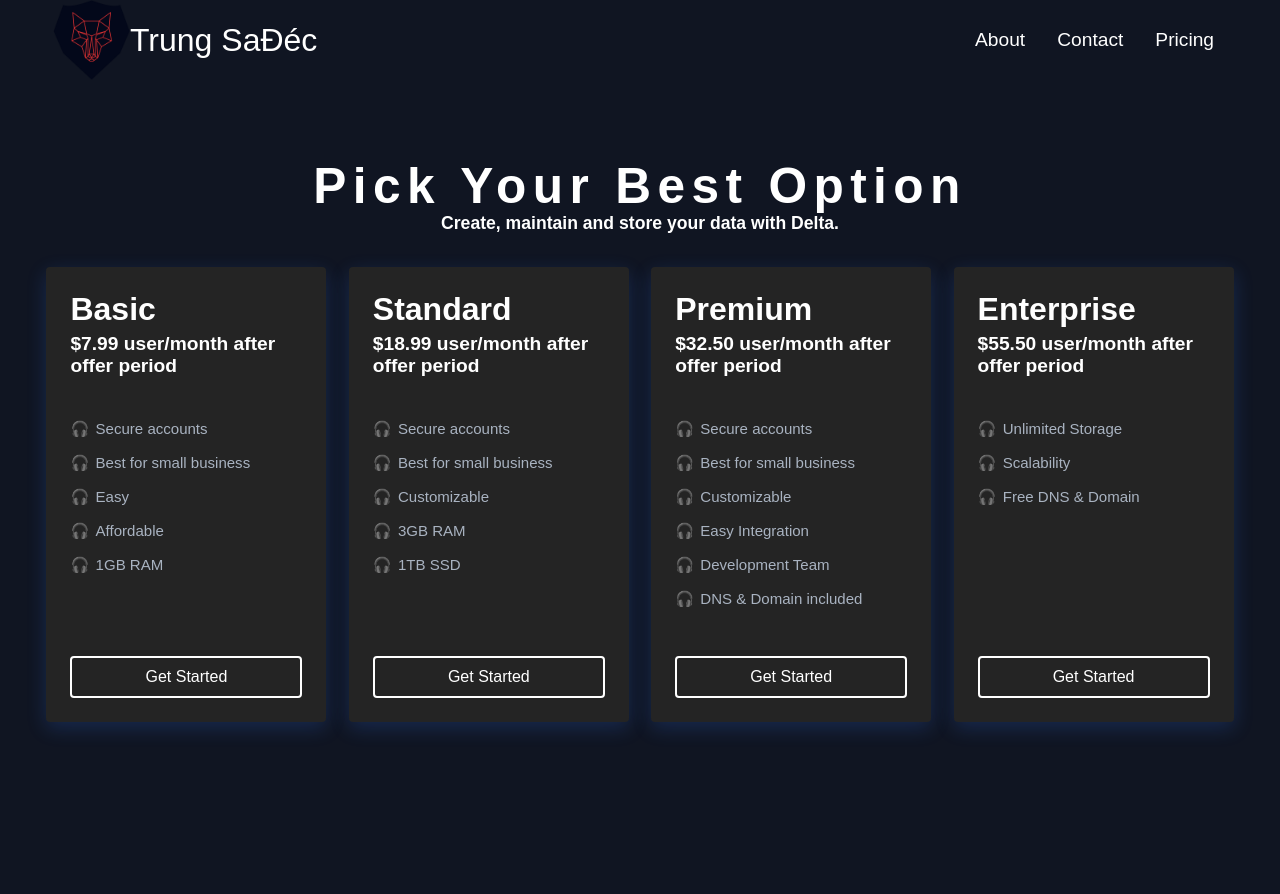
Repository: fdhhhdjd/Profile-Gift-B_H_Q_Trung
Page: /pricing
An editor plug-in stored every save of this project. The page is shown before and after the next save, followed by the edit.
The browser window is 1280 px wide. The pictures show the whole page.
The project was rebuilt for these pictures with package versions that can differ from the ones it lists, and the page was loaded fresh each time. Also part of the build but not shown: src/App.css, src/Pages/Home.js, src/Styles/HeroStyles.js, src/Components/Hero.js. Imported but missing from the stored project, and not drawn on this page: src/Pages/SignUpPage.

Above is the page before, as saved 2021-10-28 16:49:19.

After the next save:
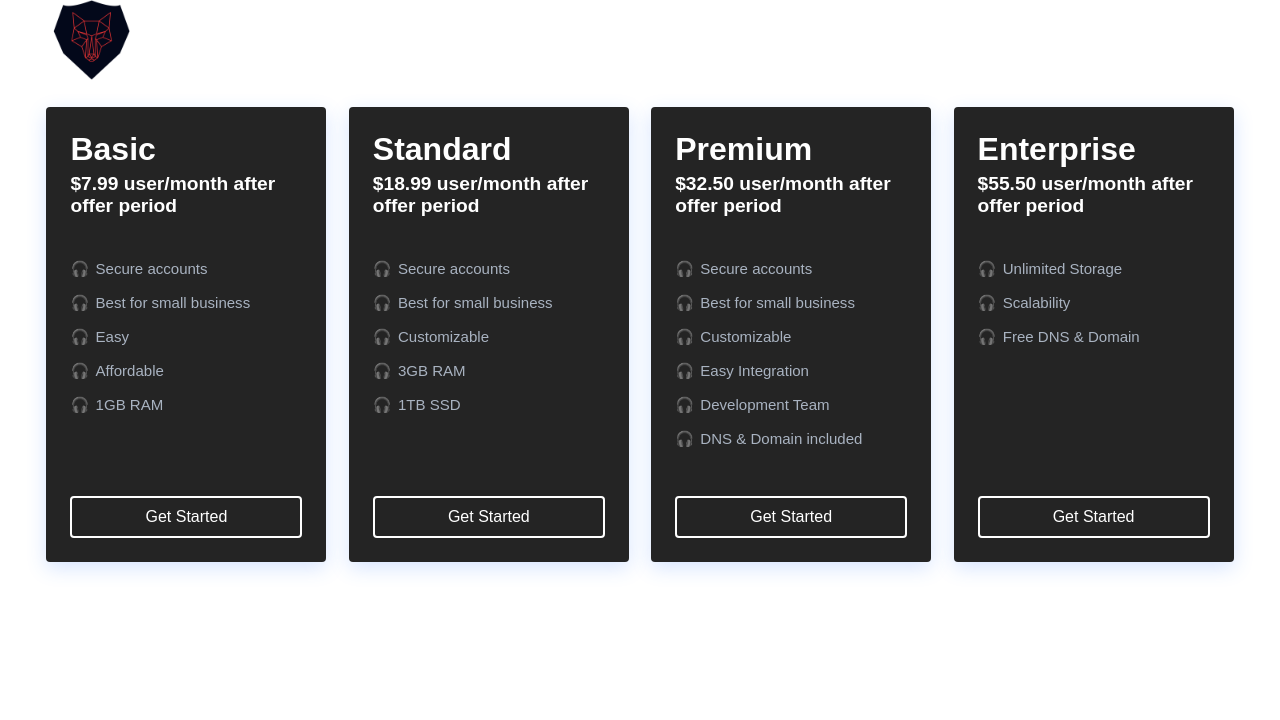
Saved 16 s later.
--- a/src/Pages/PricingPage.js
+++ b/src/Pages/PricingPage.js
@@ -18,40 +18,40 @@
   return (
     <>
       <IconContext.Provider value={{ color: "#a9b3c1", size: "1rem" }}>
-        <PricingSection id="pricing">
-          <PricingWrapper>
-            <Heading>Pick Your Best Option</Heading>
+        {/* <PricingSection id="pricing"> */}
+        <PricingWrapper>
+          <Heading>Pick Your Best Option</Heading>
 
-            <TextWrapper
-              mb="1.4rem"
-              weight="600"
-              size="1.1rem"
-              color="white"
-              align="center"
-            >
-              Create, maintain and store your data with Delta.
-            </TextWrapper>
-            <PricingContainer>
-              {pricingData.map((card, index) => (
-                <PricingCard key={index}>
-                  <PricingCardInfo>
-                    <PricingCardPlan>{card.title}</PricingCardPlan>
-                    <PricingCardCost>{card.price}</PricingCardCost>
-                    <PricingCardText>{card.description}</PricingCardText>
-                    <PricingCardFeatures>
-                      {card.features.map((feature, index) => (
-                        <PricingCardFeature key={index}>
-                          {feature}
-                        </PricingCardFeature>
-                      ))}
-                    </PricingCardFeatures>
-                    <Button>Get Started</Button>
-                  </PricingCardInfo>
-                </PricingCard>
-              ))}
-            </PricingContainer>
-          </PricingWrapper>
-        </PricingSection>
+          <TextWrapper
+            mb="1.4rem"
+            weight="600"
+            size="1.1rem"
+            color="white"
+            align="center"
+          >
+            Create, maintain and store your data with Delta.
+          </TextWrapper>
+          <PricingContainer>
+            {pricingData.map((card, index) => (
+              <PricingCard key={index}>
+                <PricingCardInfo>
+                  <PricingCardPlan>{card.title}</PricingCardPlan>
+                  <PricingCardCost>{card.price}</PricingCardCost>
+                  <PricingCardText>{card.description}</PricingCardText>
+                  <PricingCardFeatures>
+                    {card.features.map((feature, index) => (
+                      <PricingCardFeature key={index}>
+                        {feature}
+                      </PricingCardFeature>
+                    ))}
+                  </PricingCardFeatures>
+                  <Button>Get Started</Button>
+                </PricingCardInfo>
+              </PricingCard>
+            ))}
+          </PricingContainer>
+        </PricingWrapper>
+        {/* </PricingSection> */}
       </IconContext.Provider>
     </>
   );

After the save that followed:
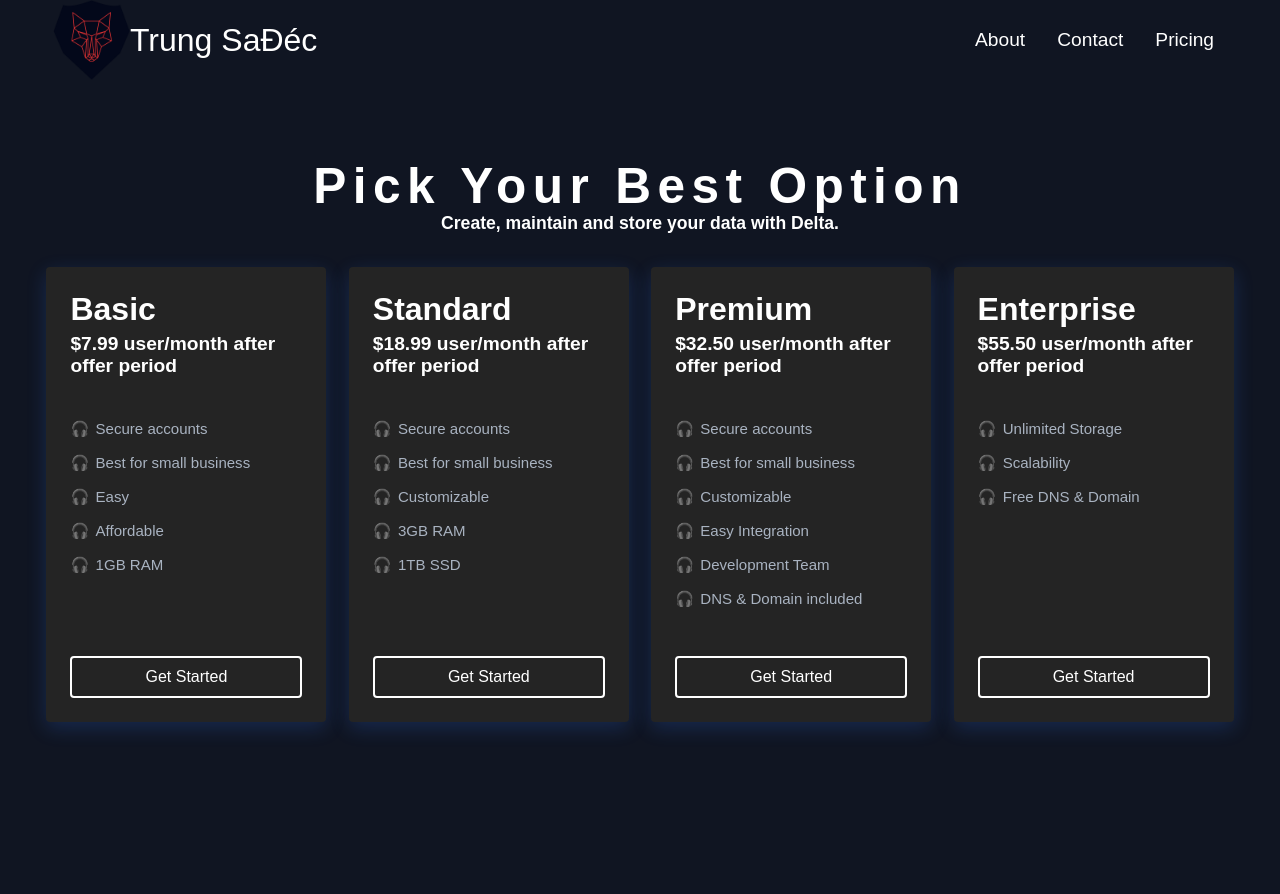
Saved 21 s later.
--- a/src/Pages/PricingPage.js
+++ b/src/Pages/PricingPage.js
@@ -18,40 +18,40 @@
   return (
     <>
       <IconContext.Provider value={{ color: "#a9b3c1", size: "1rem" }}>
-        {/* <PricingSection id="pricing"> */}
-        <PricingWrapper>
-          <Heading>Pick Your Best Option</Heading>
+        <PricingSection id="pricing">
+          <PricingWrapper>
+            <Heading>Pick Your Best Option</Heading>
 
-          <TextWrapper
-            mb="1.4rem"
-            weight="600"
-            size="1.1rem"
-            color="white"
-            align="center"
-          >
-            Create, maintain and store your data with Delta.
-          </TextWrapper>
-          <PricingContainer>
-            {pricingData.map((card, index) => (
-              <PricingCard key={index}>
-                <PricingCardInfo>
-                  <PricingCardPlan>{card.title}</PricingCardPlan>
-                  <PricingCardCost>{card.price}</PricingCardCost>
-                  <PricingCardText>{card.description}</PricingCardText>
-                  <PricingCardFeatures>
-                    {card.features.map((feature, index) => (
-                      <PricingCardFeature key={index}>
-                        {feature}
-                      </PricingCardFeature>
-                    ))}
-                  </PricingCardFeatures>
-                  <Button>Get Started</Button>
-                </PricingCardInfo>
-              </PricingCard>
-            ))}
-          </PricingContainer>
-        </PricingWrapper>
-        {/* </PricingSection> */}
+            <TextWrapper
+              mb="1.4rem"
+              weight="600"
+              size="1.1rem"
+              color="white"
+              align="center"
+            >
+              Create, maintain and store your data with Delta.
+            </TextWrapper>
+            <PricingContainer>
+              {pricingData.map((card, index) => (
+                <PricingCard key={index}>
+                  <PricingCardInfo>
+                    <PricingCardPlan>{card.title}</PricingCardPlan>
+                    <PricingCardCost>{card.price}</PricingCardCost>
+                    <PricingCardText>{card.description}</PricingCardText>
+                    <PricingCardFeatures>
+                      {card.features.map((feature, index) => (
+                        <PricingCardFeature key={index}>
+                          {feature}
+                        </PricingCardFeature>
+                      ))}
+                    </PricingCardFeatures>
+                    <Button>Get Started</Button>
+                  </PricingCardInfo>
+                </PricingCard>
+              ))}
+            </PricingContainer>
+          </PricingWrapper>
+        </PricingSection>
       </IconContext.Provider>
     </>
   );
